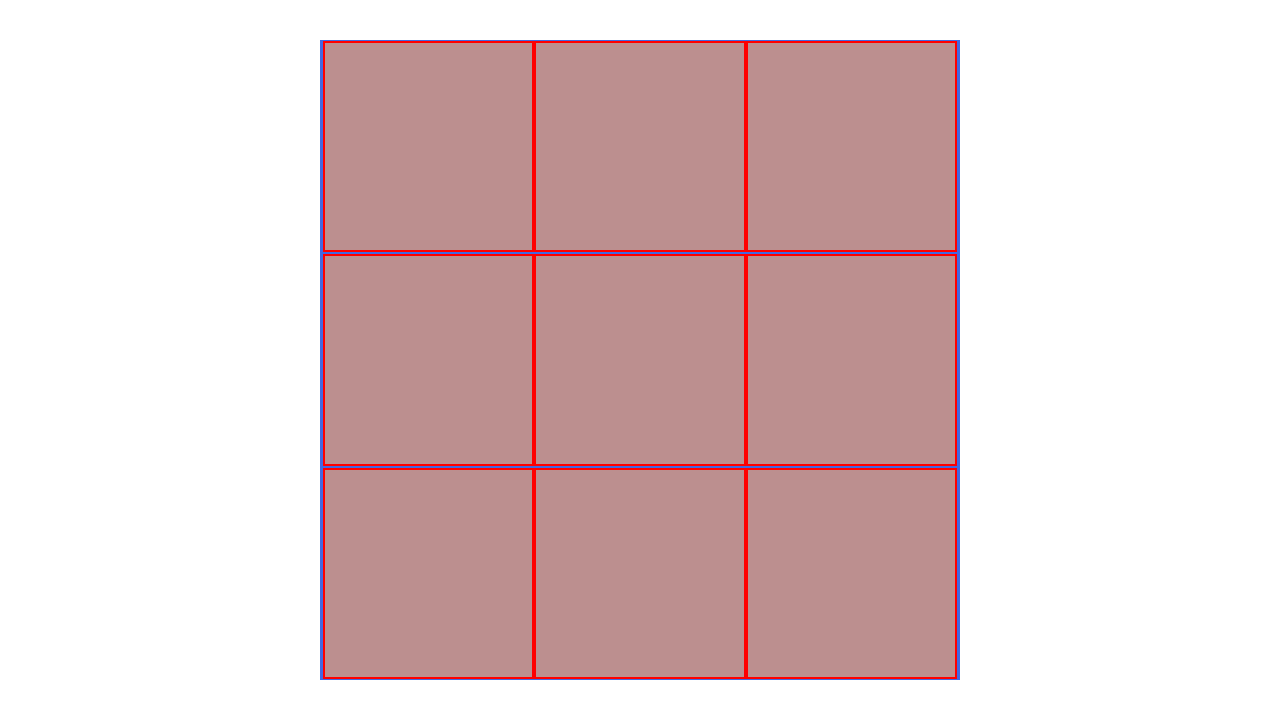
Repository: baumanmilosz/tictactoe
Page: index.html
An editor plug-in stored every save of this project. The page is shown before and after the next save, followed by the edit.
The browser window is 1280 px wide. The pictures show the whole page.

Above is the page before, as saved 2019-02-21 16:19:14.

### index.html
<!DOCTYPE html>
<html lang="en">

<head>
  <meta charset="UTF-8">
  <meta name="viewport" content="width=device-width, initial-scale=1.0">
  <meta http-equiv="X-UA-Compatible" content="ie=edge">
  <link rel="stylesheet" href="./style.css">
  <title>Tic Tac Toe</title>
</head>

<body>
  <div class="board">
    <div class="box"></div>
    <div class="box"></div>
    <div class="box"></div>
    <div class="box"></div>
    <div class="box"></div>
    <div class="box"></div>
    <div class="box"></div>
    <div class="box"></div>
    <div class="box"></div>
  </div>

  <script src="./script.js"></script>
</body>

</html>

### style.css
* {
  margin: 0;
  padding: 0;
  box-sizing: border-box;
}

html {
  font-size: 10px;
}

body {
  position: relative;
  height: 100vh;
  /* background-color: blue; */
}

.board {
  display: flex;
  flex-wrap: wrap;
  justify-content: center;
  align-items: center;
  position: absolute;
  left: 50%;
  top: 50%;
  transform: translate(-50%, -50%);
  width: 50vw;
  height: 50vw;
  background-color: royalblue;
}

.box {
  width: 33%;
  height: 33%;
  border: 2px solid red;
  background-color: rosybrown;
}

.box.yellow {
  background-color: red;
}

Loaded but not shown: script.js (no copy from this time; the picture is the same without it)

After the next save:
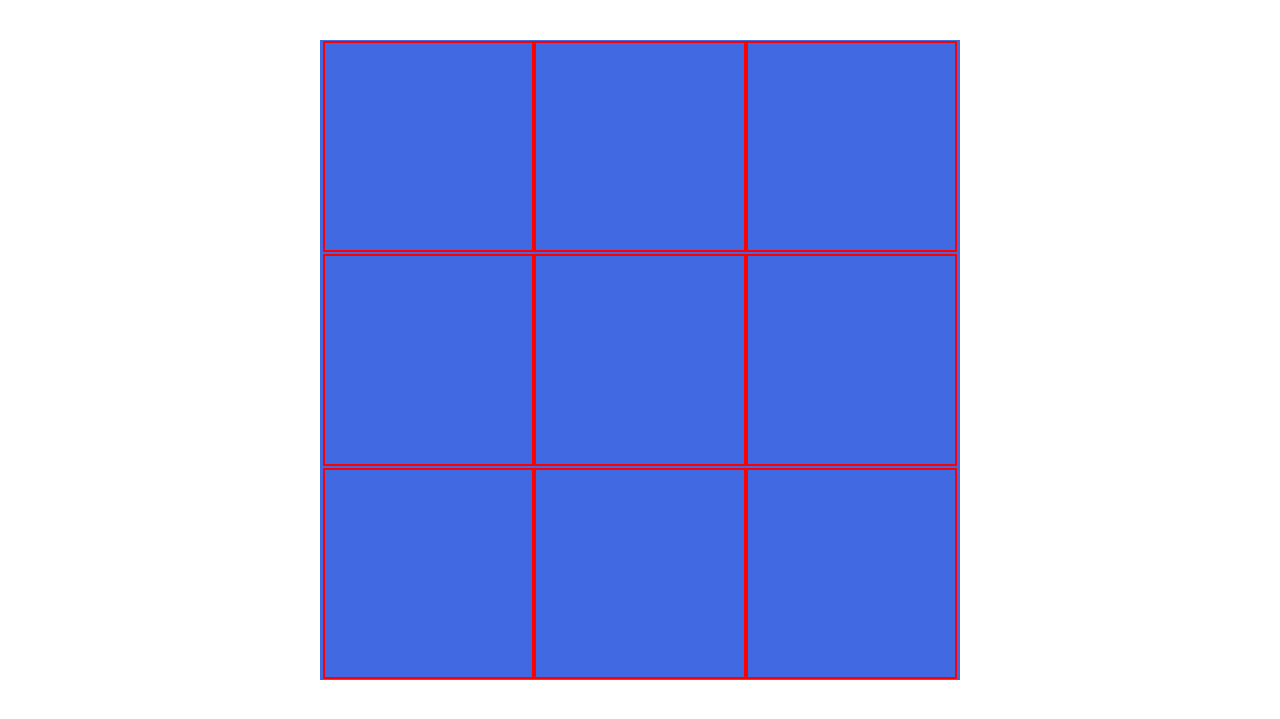
Saved 5 s later.
--- a/style.css
+++ b/style.css
@@ -32,7 +32,6 @@
   width: 33%;
   height: 33%;
   border: 2px solid red;
-  background-color: rosybrown;
 }
 
 .box.yellow {
